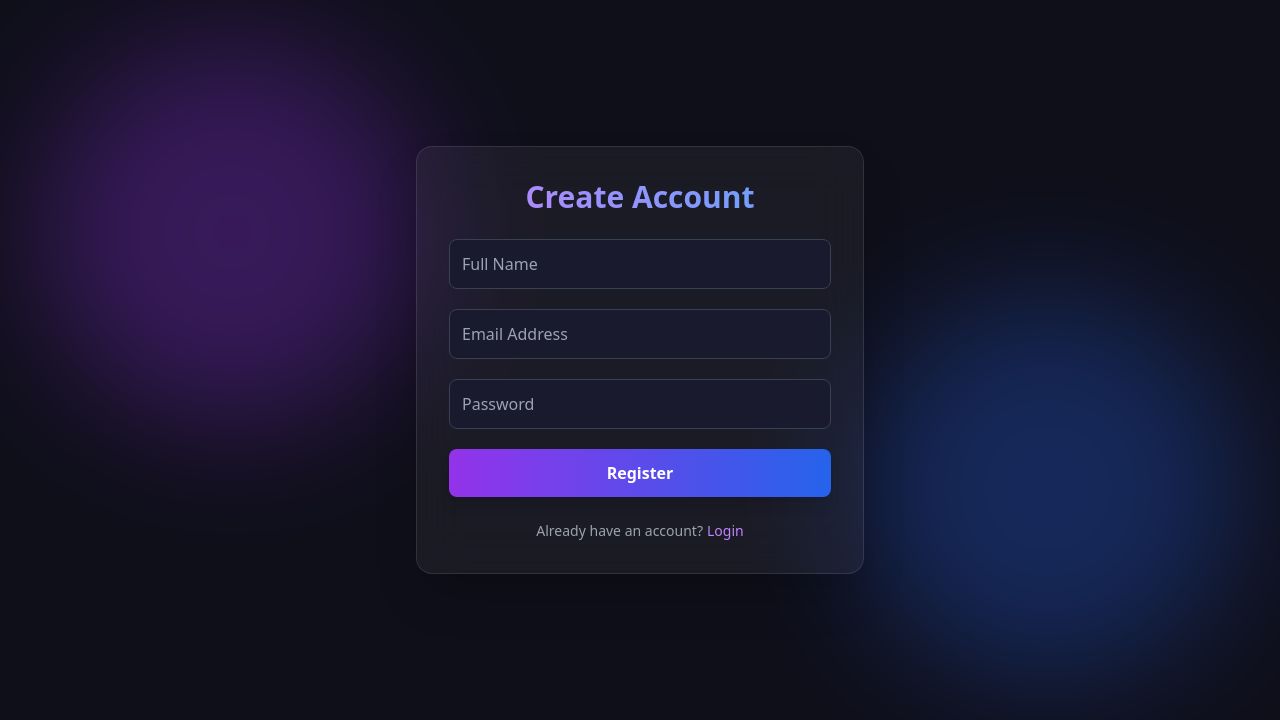
Repository: Gazal1116/Reliefsync
Page: / (app in Frontend/)
The author's editor kept a copy of each file at every save. The page is drawn from the files as they stood at one save, then again after the next save.
The browser window is 1280 px wide. The pictures show the whole page.
The project was rebuilt for these pictures with package versions that can differ from the ones it lists, and the page was loaded fresh each time. Also part of the build but not shown: Frontend/vite.config.js.

Above is the page before, as saved 2026-03-03 10:42:48.

After the next save:
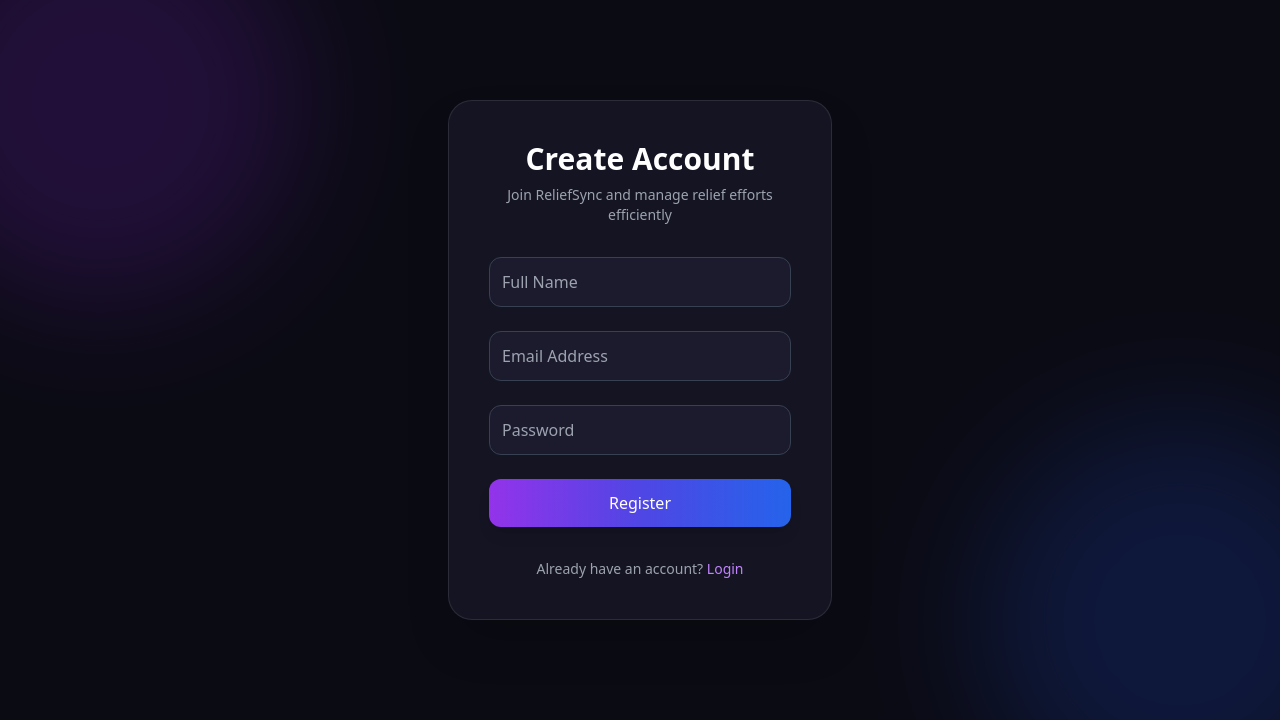
Saved 118 s later.
--- a/Frontend/src/components/register.jsx
+++ b/Frontend/src/components/register.jsx
@@ -20,27 +20,31 @@
   };
 
   return (
-    <div className="min-h-screen flex items-center justify-center bg-[#0f0f1a] relative overflow-hidden">
+    <div className="min-h-screen flex items-center justify-center bg-[#0b0b14] relative overflow-hidden">
 
-      {/* Background Glow */}
-      <div className="absolute w-96 h-96 bg-purple-600 opacity-30 blur-3xl rounded-full top-10 left-10"></div>
-      <div className="absolute w-96 h-96 bg-blue-600 opacity-30 blur-3xl rounded-full bottom-10 right-10"></div>
+      {/* Soft Background Glow */}
+      <div className="absolute w-[400px] h-[400px] bg-purple-700 opacity-20 blur-3xl rounded-full top-[-100px] left-[-100px]"></div>
+      <div className="absolute w-[400px] h-[400px] bg-blue-700 opacity-20 blur-3xl rounded-full bottom-[-100px] right-[-100px]"></div>
 
-      {/* Register Card */}
-      <div className="relative z-10 w-full max-w-md p-8 rounded-2xl backdrop-blur-xl bg-white/5 border border-white/10 shadow-2xl">
+      {/* Card */}
+      <div className="relative z-10 w-full max-w-sm p-10 rounded-3xl bg-[#141423] border border-white/10 shadow-2xl">
 
-        <h2 className="text-3xl font-bold text-center mb-6 bg-gradient-to-r from-purple-400 to-blue-400 bg-clip-text text-transparent">
+        <h2 className="text-3xl font-semibold text-center mb-2 text-white">
           Create Account
         </h2>
 
-        <form onSubmit={handleSubmit} className="space-y-5">
+        <p className="text-gray-400 text-sm text-center mb-8">
+          Join ReliefSync and manage relief efforts efficiently
+        </p>
+
+        <form onSubmit={handleSubmit} className="space-y-6">
 
           <input
             type="text"
             name="name"
             placeholder="Full Name"
             onChange={handleChange}
-            className="w-full p-3 rounded-lg bg-[#1a1a2e] text-white border border-gray-700 focus:outline-none focus:ring-2 focus:ring-purple-500 transition"
+            className="w-full p-3 rounded-xl bg-[#1b1b2d] text-white border border-gray-700 focus:outline-none focus:ring-2 focus:ring-purple-500 transition"
           />
 
           <input
@@ -48,7 +52,7 @@
             name="email"
             placeholder="Email Address"
             onChange={handleChange}
-            className="w-full p-3 rounded-lg bg-[#1a1a2e] text-white border border-gray-700 focus:outline-none focus:ring-2 focus:ring-blue-500 transition"
+            className="w-full p-3 rounded-xl bg-[#1b1b2d] text-white border border-gray-700 focus:outline-none focus:ring-2 focus:ring-blue-500 transition"
           />
 
           <input
@@ -56,21 +60,21 @@
             name="password"
             placeholder="Password"
             onChange={handleChange}
-            className="w-full p-3 rounded-lg bg-[#1a1a2e] text-white border border-gray-700 focus:outline-none focus:ring-2 focus:ring-purple-500 transition"
+            className="w-full p-3 rounded-xl bg-[#1b1b2d] text-white border border-gray-700 focus:outline-none focus:ring-2 focus:ring-purple-500 transition"
           />
 
           <button
             type="submit"
-            className="w-full p-3 rounded-lg font-semibold text-white bg-gradient-to-r from-purple-600 to-blue-600 hover:scale-105 transition-transform duration-300 shadow-lg"
+            className="w-full py-3 rounded-xl font-medium text-white bg-gradient-to-r from-purple-600 via-indigo-600 to-blue-600 hover:opacity-90 transition shadow-lg"
           >
             Register
           </button>
 
         </form>
 
-        <p className="text-gray-400 text-sm text-center mt-6">
-          Already have an account?
-          <span className="text-purple-400 hover:underline cursor-pointer ml-1">
+        <p className="text-gray-400 text-sm text-center mt-8">
+          Already have an account?{" "}
+          <span className="text-purple-400 hover:text-purple-300 cursor-pointer transition">
             Login
           </span>
         </p>
